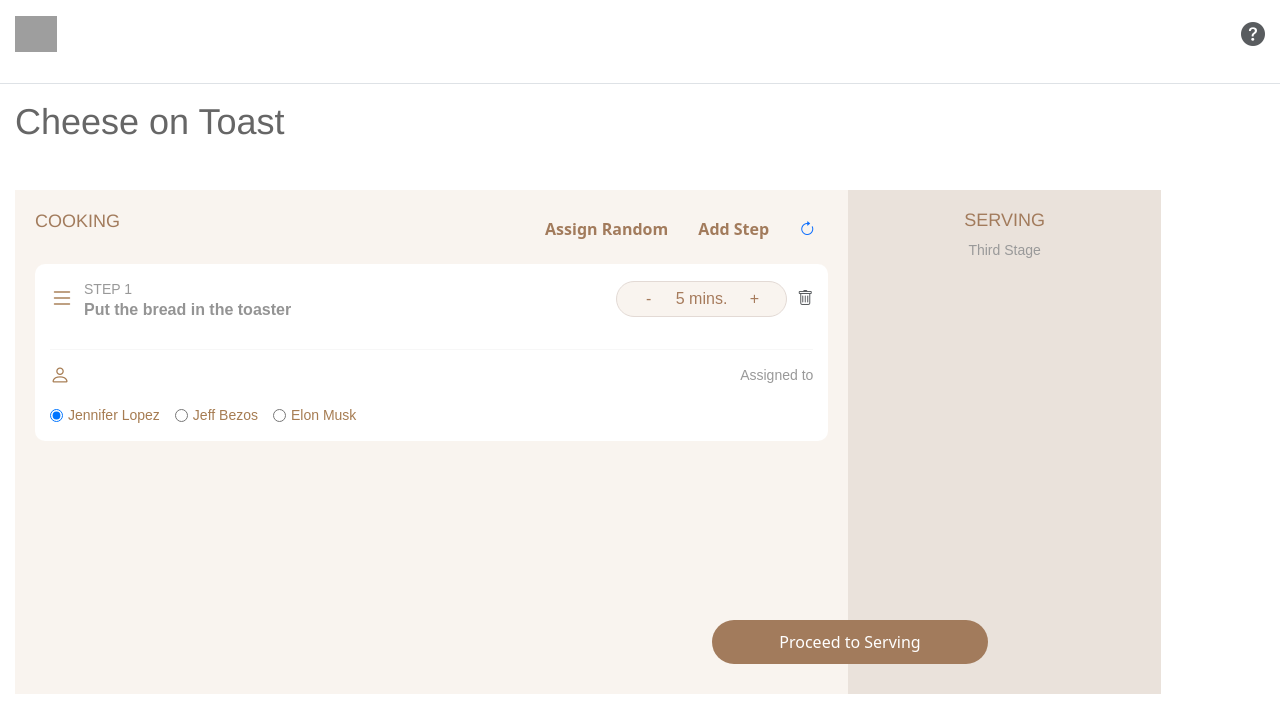
Repository: devashrisamani/SMC
Page: assign.html
These files come from the project's save history. The page is drawn as it stood at one moment and after the next save; the edit follows.
The browser window is 1280 px wide. The pictures show the whole page.
Pictures or frames that could not be fetched are drawn as grey boxes.

Above is the page before, as saved 2024-10-10 13:39:26.

### assign.html
<!DOCTYPE html>
<html lang="en">
  <head>
    <meta charset="UTF-8" />
    <meta name="viewport" content="width=device-width, initial-scale=1.0" />
    <link
      href="https://cdn.jsdelivr.net/npm/bootstrap@5.3.0-alpha1/dist/css/bootstrap.min.css"
      rel="stylesheet"
    />
    <link
      href="https://cdn.jsdelivr.net/npm/bootstrap-icons/font/bootstrap-icons.css"
      rel="stylesheet"
    />
    <link rel="stylesheet" href="styles.css" />
    <title>Assign Page</title>
    <style>
      .step-item {
        border: 1px solid #ddd;
        border-radius: 10px;
        padding: 15px;
        background-color: #f9f9f9;
        margin-bottom: 10px;
      }

      .handle-icon {
        margin-right: 10px;
        font-size: 24px;
        color: #a67c52;
      }

      .step-number {
        margin: 0;
        font-size: 12px;
        color: #a67c52;
      }

      .step-title {
        margin: 0;
        font-size: 16px;
        font-weight: bold;
        color: #949494;
      }

      .step-divider {
        border: none;
        border-top: 1px solid #ddd;
        margin: 10px 0;
      }

      .timer-btn {
        background-color: #f9f4ef;
        border: none; /* Remove the default button border */
        border-radius: 50%; /* Makes the button round */
        width: 24px;
        height: 24px;
        display: inline-flex;
        justify-content: center;
        align-items: center;
        color: #a67b5c; /* Set the color to match the design */
        cursor: pointer;
        margin: 0 5px;
      }

      .timer-btn:hover {
        background-color: #eae2db;
      }

      .step-timer span {
        color: #a67b5c;
        font-weight: 500; /* Add some weight to the text */
        margin: 0 10px; /* Adjusts the spacing around the time text */
      }

      .delete-step:hover {
        color: #333;
      }

      .step-header {
        display: flex;
        align-items: center;
        justify-content: space-between; /* Space between the step title and timer+trash */
      }

      .step-info {
        margin-right: 20px; /* Space between step title and the timer */
      }

      .step-timer {
        display: flex;
        align-items: center;
        border: 1px solid #e3dad5;
        border-radius: 25px;
        padding: 5px 15px;
        background-color: #f9f4ef;
        flex-shrink: 0; /* Ensure the timer doesn't shrink */
      }

      .delete-step {
        margin-left: 10px; /* Space between timer and delete button */
        cursor: pointer;
      }

      .step-body {
        margin-top: 10px;
      }

      .assigned-users {
        display: flex;
        gap: 15px;
        margin-left: 0;
      }

      .assigned-text {
        margin-left: 0;
      }

      .task-icon {
        font-size: 20px;
        color: #a67c52;
        margin-right: 10px;
      }

      .user-option {
        display: inline-flex;
        align-items: center;
      }

      .user-option input {
        margin-right: 5px;
      }

      .user-option span {
        font-size: 14px;
        color: #a67c52;
      }
    </style>
  </head>
  <body>
    <!-- Header -->
    <header class="container-fluid border-bottom py-3">
      <div class="d-flex justify-content-between align-items-center">
        <!-- Logo -->
        <div>
          <img src="img/logomark.svg" alt="Logo" class="logo" />
        </div>

        <!-- Help Icon -->
        <div>
          <i class="bi bi-question-circle-fill fs-4 text-muted"></i>
        </div>
      </div>
    </header>

    <!-- Title and Retry Button -->
    <section class="container-fluid py-3">
      <div class="d-flex justify-content-between align-items-center">
        <!-- Title -->
        <h1 class="header-title">Cheese on Toast</h1>
      </div>
    </section>
    <!-- Main Content -->
    <section class="container-fluid py-3">
      <div class="row position-relative">
        <!-- First Rectangle: Items Needed -->
        <div class="col-md-8 rectangle items-needed">
          <div class="d-flex justify-content-between align-items-center mb-3">
            <!-- Title (Items Needed) -->
            <h4 class="items-title">COOKING</h4>

            <!-- Add Ingredient and Refresh Button -->
            <div>
              <button class="btn btn-link add-ingredient">Assign Random</button>
              <button class="btn btn-link add-ingredient">Add Step</button>
              <button class="btn btn-link refresh-btn">
                <i class="bi bi-arrow-clockwise"></i>
              </button>
            </div>
          </div>

          <ul class="list-group ingredients-list">
            <!-- Ingredients will be added here -->
            <li class="step-item list-group-item">
              <div
                class="step-header d-flex align-items-center justify-content-between"
              >
                <!-- Step handle and title -->
                <div class="d-flex align-items-center">
                  <i class="bi bi-list handle-icon"></i>
                  <div class="step-info">
                    <p class="step-number">STEP 1</p>
                    <h4 class="step-title">Put the bread in the toaster</h4>
                  </div>
                </div>

                <!-- Timer and delete icon grouped together -->
                <div class="d-flex align-items-center">
                  <div class="step-timer">
                    <button class="timer-btn">-</button>
                    <span>5 mins.</span>
                    <button class="timer-btn">+</button>
                  </div>
                  <i class="bi bi-trash text-muted delete-step ml-2"></i>
                </div>
              </div>

              <!-- Horizontal line to separate sections -->
              <hr class="step-divider" />

              <div class="step-body">
                <div class="d-flex align-items-center">
                  <!-- Task icon before "Assigned to" -->
                  <i class="bi bi-person task-icon"></i>
                  <p class="assigned-text mb-0">Assigned to</p>
                </div>

                <!-- Radio buttons below "Assigned to" text -->
                <div class="assigned-users mt-2">
                  <label class="user-option">
                    <input type="radio" name="assigned-user" checked />
                    <span>Jennifer Lopez</span>
                  </label>
                  <label class="user-option">
                    <input type="radio" name="assigned-user" />
                    <span>Jeff Bezos</span>
                  </label>
                  <label class="user-option">
                    <input type="radio" name="assigned-user" />
                    <span>Elon Musk</span>
                  </label>
                </div>
              </div>
            </li>
          </ul>
        </div>

        <!-- Third Rectangle: Serving -->
        <div class="col-md-3 rectangle serving">
          <h5>SERVING</h5>
          <p>Third Stage</p>
        </div>

        <!-- Button inside both Cooking and Serving -->
        <div class="proceed-btn-wrapper position-absolute">
          <button class="btn btn-primary proceed-btn">
            Proceed to Serving
          </button>
        </div>
      </div>
    </section>
  </body>
</html>

### styles.css
/* Custom styles for the header */
html,
body {
  margin: 0;
  padding: 0;
  overflow-x: hidden; /* Hide horizontal scrolling */
}

.logo {
  width: 42px;
  height: 36px;
}

.bi-question-circle-fill {
  color: #a27b5c;
}

.border-bottom {
  border-color: #eee;
}

/* Title Section */
.header-title {
  font-family: "Calistoga-Regular", Helvetica, sans-serif;
  color: #666666;
  font-size: 36px;
  margin: 0;
}

.retry-btn {
  border-color: #a27b5c;
  color: #a27b5c;
  border-radius: 20px;
}

.retry-btn:hover {
  background-color: #a27b5c;
  color: #fff;
}

.container-fluid {
  max-width: 100vw; /* Ensure it does not exceed the viewport width */
  padding-right: 15px;
  padding-left: 15px;
  box-sizing: border-box;
}

.row {
  margin-right: 0;
  margin-left: 0;
}
/* Styling for the three rectangles */

.rectangle {
  background-color: #f7f3ef;
  padding: 20px;
  /* height: 100%; */
  min-height: 70vh;
}

.items-needed {
  background-color: #f9f4ef;
}

.cooking {
  background-color: #f2eee9;
  text-align: center;
}

.serving {
  background-color: #eae2db;
  text-align: center;
}

/* Title and Text Styles */
.items-title {
  font-family: "Calistoga-Regular", Helvetica, sans-serif;
  color: #a27b5c;
  font-size: 18px;
  margin-bottom: 15px;
}

.ingredients-list .list-group-item {
  border: none;
  border-radius: 10px;
  background-color: #fff;
  margin-bottom: 10px;
  font-family: "DM Sans", sans-serif;
}

.ingredients-list .list-group-item strong {
  font-size: 18px;
  color: #666666;
}

.ingredients-list .list-group-item p {
  font-size: 14px;
  color: #999999;
}

/* Add Ingredient Button */
.add-ingredient {
  color: #a27b5c;
  font-weight: bold;
  text-decoration: none;
}

.cooking h5,
.serving h5 {
  font-family: "Calistoga-Regular", Helvetica, sans-serif;
  font-size: 18px;
  color: #a27b5c;
}

.cooking p,
.serving p {
  font-family: "DM Sans", sans-serif;
  font-size: 14px;
  color: #999999;
}

/* Flexbox for the title and button alignment */
.d-flex {
  display: flex;
  justify-content: space-between;
  align-items: center;
  margin-bottom: 15px;
}

.proceed-btn-wrapper {
  position: absolute;
  bottom: 30px;
  left: 50%;
  transform: translateX(20%);
  width: 100%; /* Ensure it's 100% of its parent, not wider */
  max-width: 300px; /* Prevent it from getting too large */
  overflow: hidden;
}

.proceed-btn {
  width: 100%;
  max-width: 300px;
  background-color: #a27b5c;
  color: #fff;
  border-radius: 50px;
  font-size: 16px;
  padding: 10px 40px;
  border: none;
}

.proceed-btn:hover {
  background-color: #8c6649;
  color: #fff;
}

After the next save:
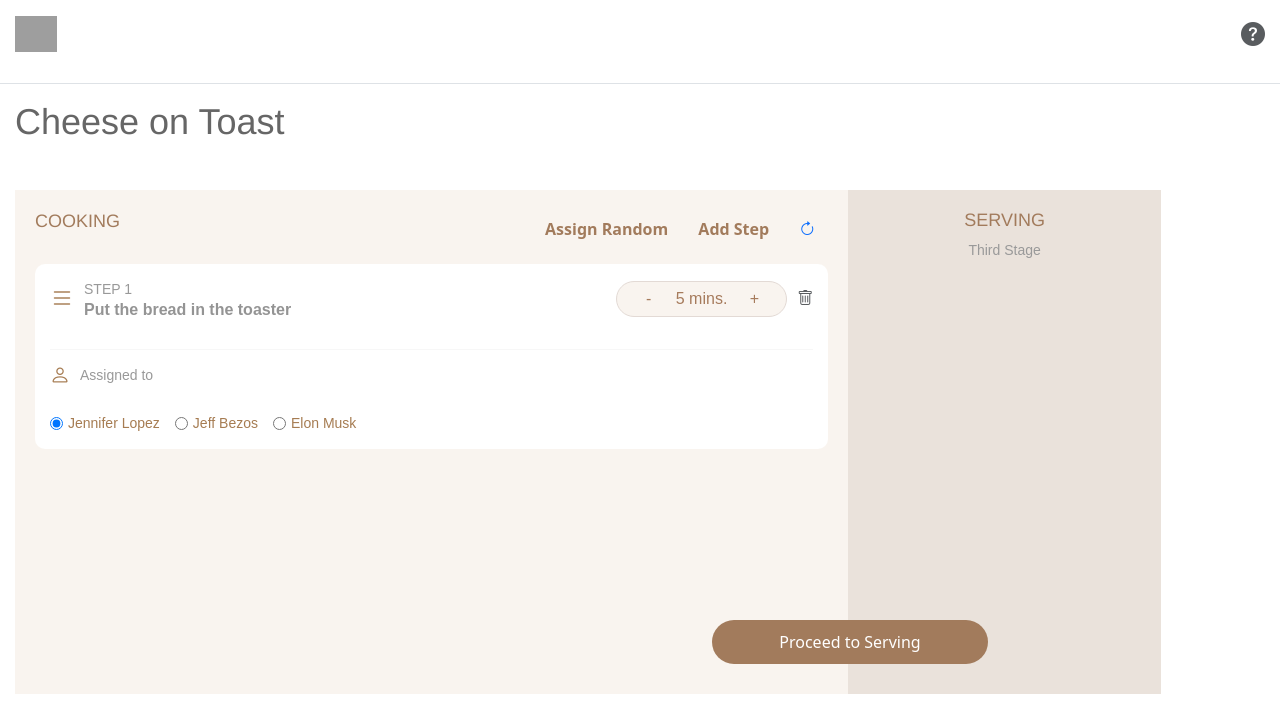
Saved 18 s later.
--- a/assign.html
+++ b/assign.html
@@ -28,6 +28,10 @@
         color: #a67c52;
       }
 
+      .step-info {
+        display: inline-block;
+      }
+
       .step-number {
         margin: 0;
         font-size: 12px;
@@ -45,6 +49,29 @@
         border: none;
         border-top: 1px solid #ddd;
         margin: 10px 0;
+      }
+
+      .step-header {
+        display: flex;
+        align-items: center;
+        justify-content: flex-start; /* Align everything to the left */
+        gap: 10px; /* Space between the elements */
+      }
+
+      .step-timer {
+        display: flex;
+        align-items: center;
+        border: 1px solid #e3dad5;
+        border-radius: 25px;
+        padding: 5px 15px;
+        background-color: #f9f4ef;
+        flex-shrink: 0; /* Prevent the timer from shrinking */
+      }
+
+      .delete-step {
+        margin-left: 10px;
+        cursor: pointer;
+        flex-shrink: 0; /* Prevent it from being pushed away */
       }
 
       .timer-btn {
@@ -75,39 +102,18 @@
         color: #333;
       }
 
-      .step-header {
-        display: flex;
-        align-items: center;
-        justify-content: space-between; /* Space between the step title and timer+trash */
-      }
-
-      .step-info {
-        margin-right: 20px; /* Space between step title and the timer */
-      }
-
-      .step-timer {
-        display: flex;
-        align-items: center;
-        border: 1px solid #e3dad5;
-        border-radius: 25px;
-        padding: 5px 15px;
-        background-color: #f9f4ef;
-        flex-shrink: 0; /* Ensure the timer doesn't shrink */
-      }
-
-      .delete-step {
-        margin-left: 10px; /* Space between timer and delete button */
-        cursor: pointer;
-      }
-
       .step-body {
         margin-top: 10px;
+        display: flex;
+        flex-direction: column;
+        align-items: flex-start;
       }
 
       .assigned-users {
         display: flex;
         gap: 15px;
         margin-left: 0;
+        margin-top: 10px;
       }
 
       .assigned-text {
